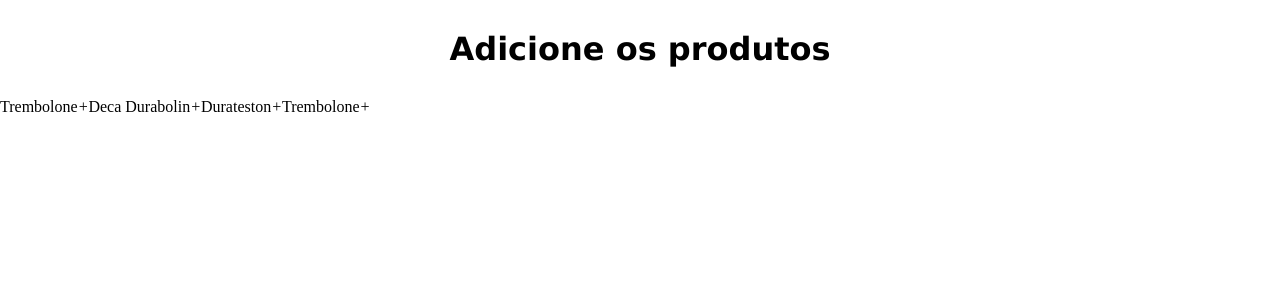
Repository: Leonngc/Lab
Page: confirm.html
These files come from the project's save history. The page is drawn as it stood at one moment and after the next save; the edit follows.
The browser window is 1280 px wide. The pictures show the whole page.

Above is the page before, as saved 2023-01-09 00:13:27.

After the next save:
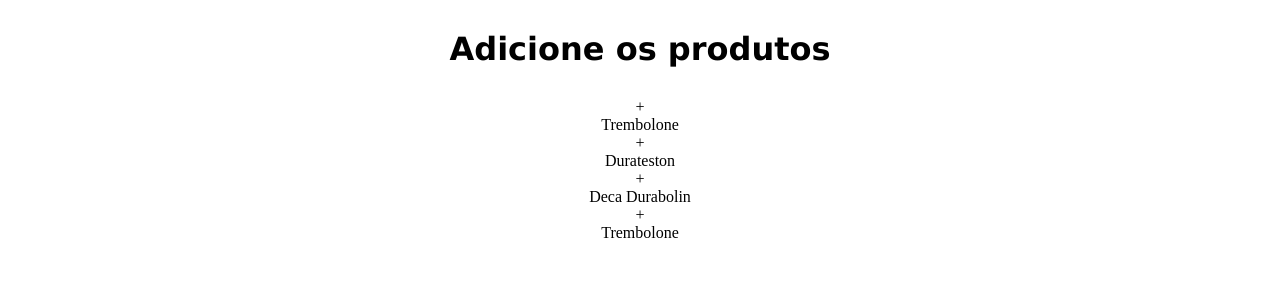
Saved 4 s later.
--- a/styles/confirm.css
+++ b/styles/confirm.css
@@ -13,5 +13,5 @@
     text-align: center;
     display: flex;
     flex-wrap: wrap;
-    flex-direction: ;
+    flex-direction: column-reverse;
 }

After the save that followed:
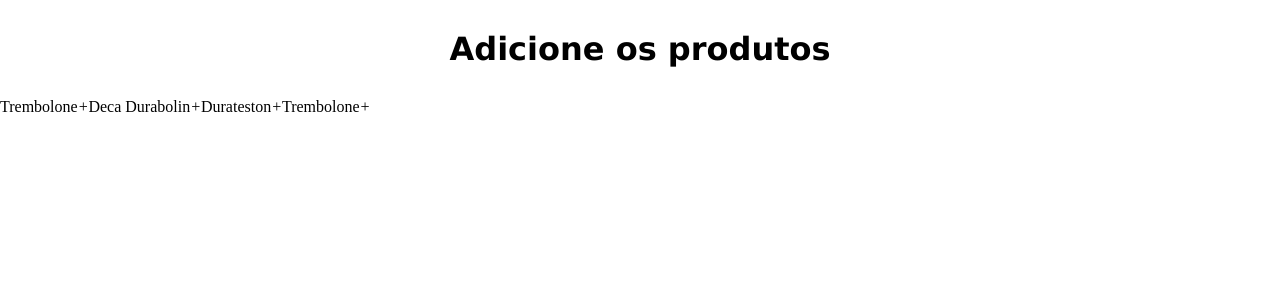
Saved 8 s later.
--- a/styles/confirm.css
+++ b/styles/confirm.css
@@ -13,5 +13,5 @@
     text-align: center;
     display: flex;
     flex-wrap: wrap;
-    flex-direction: column-reverse;
+
 }
